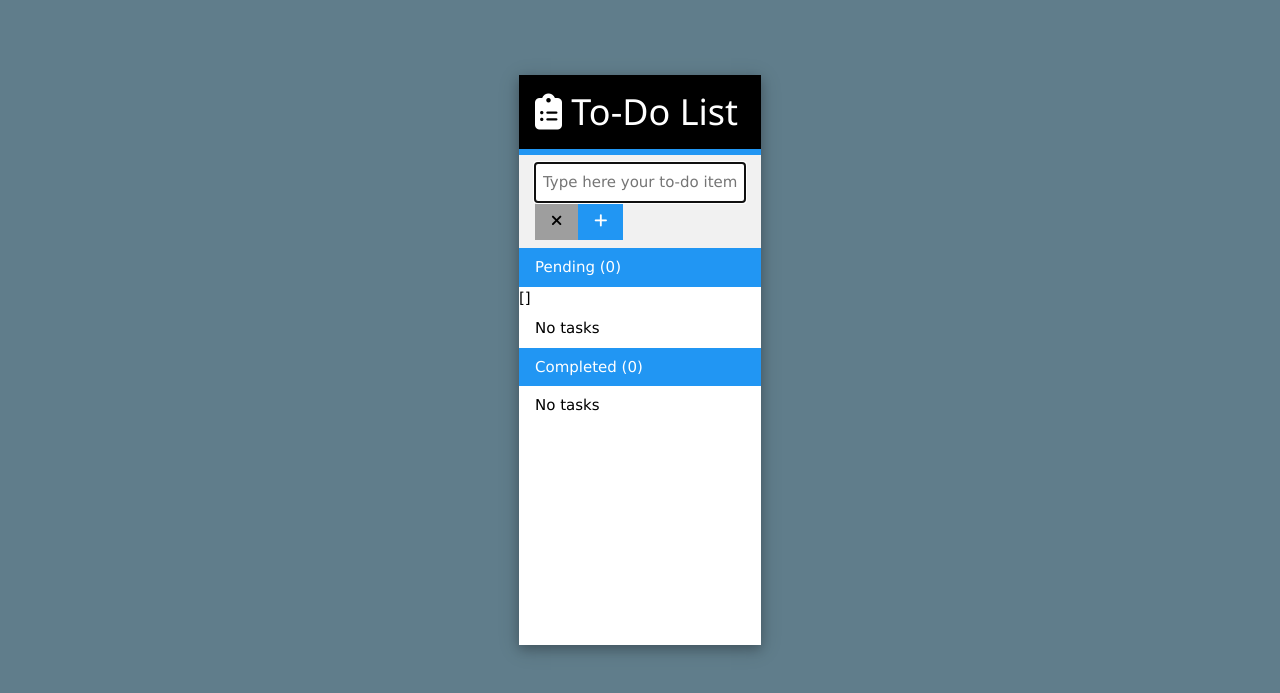
Repository: bclover/vue3-design-patterns-book
Page: /
The author's editor kept a copy of each file at every save. The page is drawn from the files as they stood at one save, then again after the next save.
The browser window is 1280 px wide. The pictures show the whole page.
The project was rebuilt for these pictures with package versions that can differ from the ones it lists, and the page was loaded fresh each time. Also part of the build but not shown: vite.config.ts.

Above is the page before, as saved 2023-06-19 22:19:59.

After the next save:
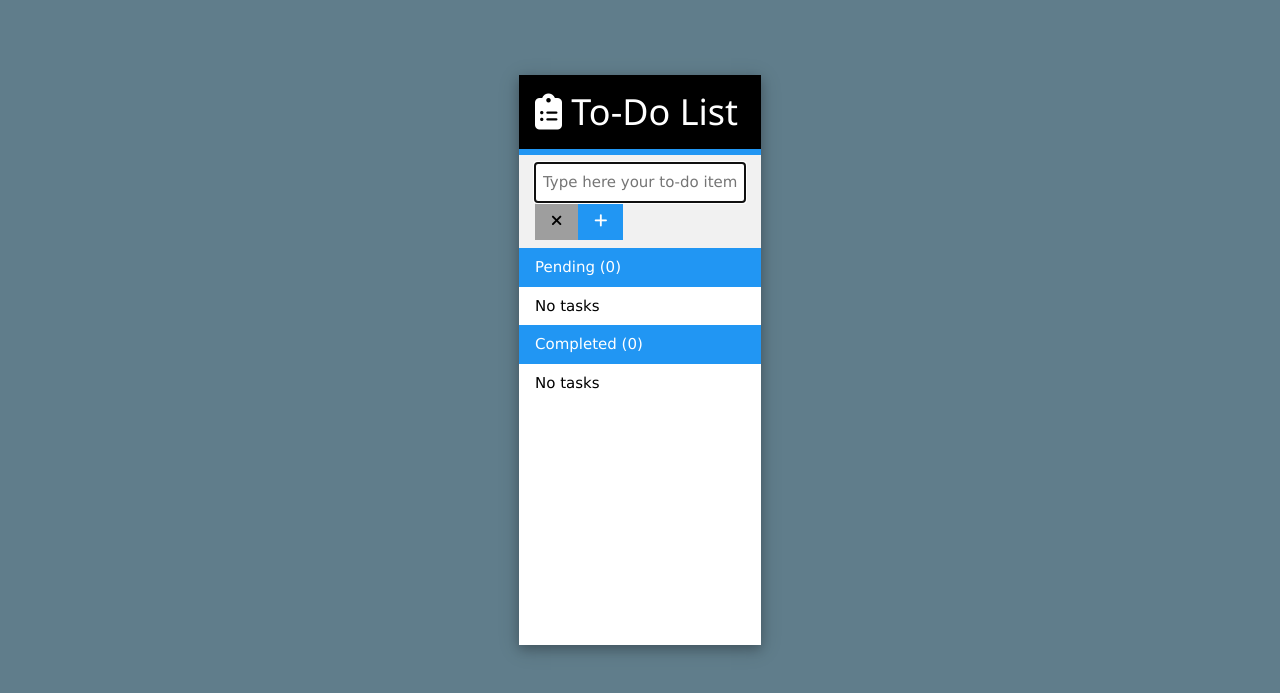
Saved 23 s later.
--- a/src/components/ToDos.vue
+++ b/src/components/ToDos.vue
@@ -59,7 +59,7 @@ function addToDo() {
 
     <!-- Pending Todos Heading -->
     <div class="w3-padding w3-blue">Pending ({{ _pending.length }})</div>
-    {{ _todo_list }}
+
     <!-- List of Pending Todos -->
     <div class="w3-padding" v-for="todo in _pending" :key="todo.id">
       <label>
